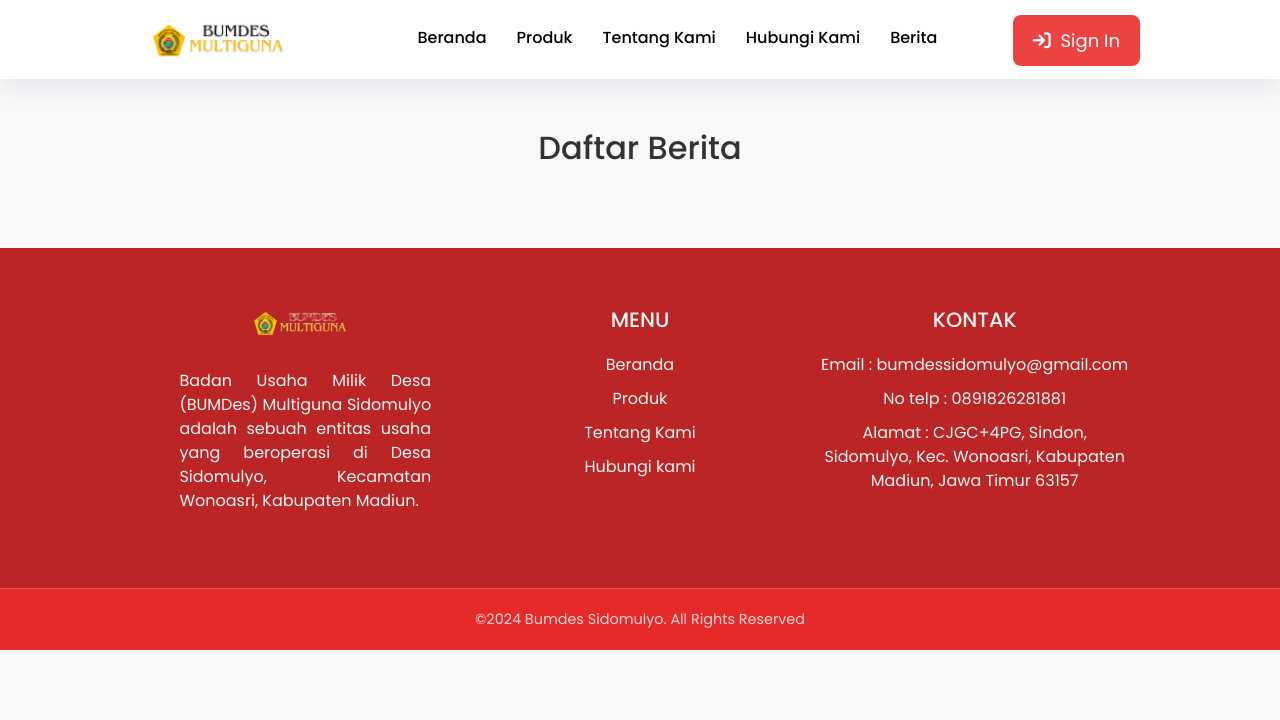
Repository: Sandyskuy/bumdes-user
Page: /newslist
An editor plug-in stored every save of this project. The page is shown before and after the next save, followed by the edit.
The browser window is 1280 px wide. The pictures show the whole page.
The page's requests for data from a server got no answer. Some web libraries are served in a nearby version. The project was rebuilt for these pictures with package versions that can differ from the ones it lists, and the page was loaded fresh each time. No one was signed in, and anything a server would have sent is missing. Also part of the build but not shown: src/components/home/awards/awards.css, src/components/home/awards/Awards.jsx, src/components/common/Heading.jsx, src/components/home/featured/Featured.css, src/components/home/featured/FeaturedCard.jsx, src/components/home/featured/Featured.jsx, src/components/home/hero/hero.css, src/components/home/hero/Hero.jsx and 32 more.

Above is the page before, as saved 2025-03-17 23:08:59.

### public/index.html
<!DOCTYPE html>
<html lang="en">
  <head>
    <meta charset="utf-8" />
    <link rel="icon" href="%PUBLIC_URL%/favicon2.png" />
    <meta name="viewport" content="width=device-width, initial-scale=1" />
    <meta name="theme-color" content="#000000" />
    <meta name="description" content="Web site created using create-react-app" />
    <link rel="apple-touch-icon" href="%PUBLIC_URL%/logo192.png" />
    <link rel="stylesheet" href="https://cdnjs.cloudflare.com/ajax/libs/font-awesome/6.1.1/css/all.min.css" integrity="sha512-KfkfwYDsLkIlwQp6LFnl8zNdLGxu9YAA1QvwINks4PhcElQSvqcyVLLD9aMhXd13uQjoXtEKNosOWaZqXgel0g==" crossorigin="anonymous" referrerpolicy="no-referrer" />
    <link rel="manifest" href="%PUBLIC_URL%/manifest.json" />
    <link href="https://cdn.jsdelivr.net/npm/bootstrap@5.3.0-alpha1/dist/css/bootstrap.min.css" rel="stylesheet">
</head>
    <title>Bumdes Multiguna</title>
  </head>
  <body>
    <noscript>You need to enable JavaScript to run this app.</noscript>
    <div id="root"></div>
  </body>
</html>

### src/components/pages/DefaultLayout.jsx
import React from 'react';
import Header from '../common/header/Header';
import Footer from '../common/footer/Footer';

const DefaultLayout = ({ children }) => {
  return (
    <>
      <Header />
      <main>{children}</main>
      <Footer />
    </>
  );
};

export default DefaultLayout;

### src/components/news/Newslist.jsx
import React, { useEffect, useState } from "react";
import { Link } from "react-router-dom";
import "./Newslist.css";

const NewsList = () => {
  const [berita, setNewsItems] = useState([]);

  useEffect(() => {
    fetch("http://localhost:8000/berita") // Sesuaikan dengan endpoint backend CI4
      .then((response) => response.json())
      .then((data) => setNewsItems(data))
      .catch((error) => console.error("Error fetching news:", error));
  }, []);

  return (
    <section className="news-list">
      <div className="container">
        <h1>Daftar Berita</h1>
        <div className="news-list-container">
          {berita.map((berita) => (
            <div className="newslist-item" key={berita.id}>
            <img src={berita.gambar} alt={berita.judul} />
              <div className="newslist-info">
                <h2>{berita.judul}</h2>
                <Link to={`/berita/${berita.id}`} className="read-more">
                  Baca Selengkapnya →
                </Link>
              </div>
            </div>
          ))}
        </div>
      </div>
    </section>
  );
};

export default NewsList;

### src/components/services/Service.css
@import url("https://fonts.googleapis.com/css2?family=Poppins:wght@400;500;700&display=swap");

body {
  font-family: "Poppins", sans-serif;
}

/* FILTER BAR */
.filter-container {
  display: flex;
  justify-content: center;
  gap: 15px;
  margin-bottom: 50px;
  margin-top: 50px;
  flex-wrap: wrap;
}

.search-input,
.category-select {
  padding: 10px;
  border-radius: 8px;
  border: 1px solid #ccc;
  font-size: 14px;
  height: 40px;
}

.search-input {
  width: 250px;
}

/* GRID PRODUK */
.service {
  display: grid;
  grid-template-columns: repeat(auto-fill, minmax(250px, 1fr));
  gap: 20px;
  justify-content: center;
}

/* CARD PRODUK */
.card {
  background: white;
  border-radius: 12px;
  overflow: hidden;
  box-shadow: 0 4px 10px rgba(0, 0, 0, 0.1);
  transition: all 0.3s ease-in-out;
  text-decoration: none;
  color: inherit;
}

.card:hover {
  transform: translateY(-5px);
  box-shadow: 0 8px 20px rgba(0, 0, 0, 0.15);
}

.card-img-top {
  width: 100%;
  height: 180px;
  object-fit: cover;
  border-top-left-radius: 12px;
  border-top-right-radius: 12px;
}

.card-body {
  padding: 15px;
}

.card-title {
  font-size: 1.1rem;
  font-weight: bold;
}

.category-name {
  font-size: 12px;
  color: white;
  background-color: #007bff;
  padding: 4px 10px;
  border-radius: 12px;
  font-weight: 500;
}

.card-text {
  font-size: 1rem;
  color: #28a745;
  font-weight: bold;
}

/* PAGINATION */
.pagination-container {
  display: flex;
  justify-content: center;
  margin-top: 20px;
}

.pagination {
  display: flex;
  list-style: none;
  padding: 0;
}

.pagination a {
  padding: 10px 15px;
  border-radius: 5px;
  border: 1px solid #ddd;
  color: #333;
  text-decoration: none;
}

.pagination .active a {
  background-color: #007bff;
  color: white;
}

/* Responsive Styles */
@media (max-width: 1024px) {
  .filter-container {
    gap: 10px;
    margin-top: 30px;
  }

  .search-input,
  .category-select {
    width: 200px;
  }

  .service {
    grid-template-columns: repeat(3, 1fr);
  }
}

@media (max-width: 768px) {
  .filter-container {
    flex-direction: column;
    align-items: center;
  }

  .search-input,
  .category-select {
    width: 80%;
    margin-bottom: 15px;
  }

  .service {
    grid-template-columns: repeat(2, 1fr);
  }

  .card {
    width: 100%;
  }

  .card-title {
    font-size: 1rem;
  }

  .card-text {
    font-size: 0.9rem;
  }
}

@media (max-width: 480px) {
  .filter-container {
    flex-direction: column;
    align-items: center;
    gap: 5px;
    margin-top: 20px;
  }

  .service {
    grid-template-columns: 1fr;
  }

  .card {
    width: 100%;
    margin-bottom: 20px;
  }

  .card-title {
    font-size: 0.9rem;
  }

  .card-text {
    font-size: 0.9rem;
  }

  .pagination-container {
    margin-top: 20px;
  }
}

### src/components/services/Servicecard.css
@import url("https://fonts.googleapis.com/css2?family=Poppins:wght@400;500;700&display=swap");

.card {
  width: 100%; /* Ensure the card takes full width of its container */
  max-width: 20rem; /* Limit card width */
  border: none;
  border-radius: 8px;
  overflow: hidden; /* Prevent image overflow */
  box-shadow: 0 4px 8px rgba(0, 0, 0, 0.1);
  transition: transform 0.3s ease, box-shadow 0.3s ease;
  cursor: pointer; /* Change cursor to hand on hover */
}

.card:hover {
  transform: translateY(-5px); /* Lift the card on hover */
  box-shadow: 0 8px 16px rgba(0, 0, 0, 0.2);
}

.card-img-top {
  width: 100%;
  height: 15rem;
  object-fit: cover;
  border-top-left-radius: 8px;
  border-top-right-radius: 8px;
}

.card-body {
  padding: 20px;
}

.card-title {
  font-family: "Poppins", sans-serif;
  font-size: 1.25rem;
  font-weight: bold;
  margin-bottom: 10px;
}

.card-text {
  font-family: "Poppins", sans-serif;
  font-size: 1rem;
  color: #666;
  margin-bottom: 20px;
}

.btn {
  display: block;
  width: 100%;
  background-color: #007bff;
  color: #fff;
  border: none;
  padding: 10px 0;
  border-radius: 0;
  text-align: center;
  text-decoration: none;
  transition: background-color 0.3s ease;
}

.btn:hover {
  background-color: #0056b3;
}

.card-title-container {
  display: flex;
  justify-content: space-between;
  align-items: center;
}

.category-name {
  font-size: 13px;
  font-family: "Poppins", sans-serif;
  color: #000;
  background-color: #ccc;
  border: 1px solid #ccc;
  padding: 2px 8px;
  border-radius: 15px;
}

/* Responsive Grid Layout for Cards */
.card-container {
  display: grid;
  grid-template-columns: repeat(
    auto-fill,
    minmax(18rem, 1fr)
  ); /* Auto-fill columns with a minimum width of 18rem */
  gap: 20px; /* Space between cards */
}

/* For mobile devices (max-width: 768px) */
@media (max-width: 768px) {
  .card-container {
    grid-template-columns: repeat(2, 1fr); /* At least 2 items per row */
  }

  .card-title {
    font-size: 1.1rem; /* Slightly smaller title for mobile */
  }

  .card-text {
    font-size: 0.9rem; /* Smaller text for mobile */
  }
}

/* For smaller mobile screens (max-width: 480px) */
@media (max-width: 480px) {
  .card-container {
    grid-template-columns: 1fr; /* Only 1 item per row on very small screens */
  }

  .card-title {
    font-size: 1rem; /* Further adjust title size */
  }

  .card-text {
    font-size: 0.85rem; /* Adjust text size */
  }
}

### src/components/common/header/Header.jsx
import React, { useEffect, useState, useMemo } from "react";
import { Link, useNavigate } from "react-router-dom";
import { Dropdown } from "react-bootstrap";
import classNames from "classnames";
import "./header.css";
import { nav, navLogined } from "../../data/Data";
import Profile from "../../images/Profile.png";

const Header = () => {
  const [navList, setNavList] = useState(false);
  const [login, setLogin] = useState(() => !!localStorage.getItem("token")); // Perbaikan di sini
  const navigate = useNavigate();

  useEffect(() => {
    const handleStorageChange = () => {
      setLogin(!!localStorage.getItem("token"));
    };

    window.addEventListener("storage", handleStorageChange);
    return () => window.removeEventListener("storage", handleStorageChange);
  }, []);

  const handleLogout = () => {
    localStorage.clear();
    setLogin(false); // Pastikan state diperbarui
    navigate("/login");
  };

  const navItems = useMemo(() => (login ? navLogined : nav), [login]);

  return (
    <header>
      <div className="container flex">
        <div className="logo-bumdes">
          <img src="./images/logo1.png" alt="Logo" />
        </div>
        <nav className="nav">
          <ul className={classNames({ small: navList, flex: !navList })}>
            {navItems.map((list, index) => (
              <li key={index}>
                <Link to={list.path}>{list.text}</Link>
              </li>
            ))}
          </ul>
        </nav>
        <div className="button flex">
          {login ? (
            <Dropdown>
              <Dropdown.Toggle
                variant="light"
                id="dropdown-basic"
                className="profile-dropdown-toggle"
              >
                <img src={Profile} alt="Profile" className="profile-image" />
              </Dropdown.Toggle>
              <Dropdown.Menu align="end">
                <Dropdown.Item as={Link} to="/keranjang">
                  Keranjang
                </Dropdown.Item>
                <Dropdown.Item as={Link} to="/payments">
                  Pembayaran
                </Dropdown.Item>
                <Dropdown.Item as={Link} to="/riwayat">
                  Riwayat
                </Dropdown.Item>
                <Dropdown.Divider />
                <Dropdown.Item onClick={handleLogout}>Logout</Dropdown.Item>
              </Dropdown.Menu>
            </Dropdown>
          ) : (
            <Link to="/login">
              <button className="btn-signin">
                <i className="fa fa-sign-in"></i> Sign In
              </button>
            </Link>
          )}
        </div>
        <div className="toggle">
          <button onClick={() => setNavList((prev) => !prev)}>
            <i className={`fa ${navList ? "fa-times" : "fa-bars"}`}></i>
          </button>
        </div>
      </div>
    </header>
  );
};

export default Header;

### src/components/common/footer/Footer.jsx
import React from "react";
import { footer } from "../../data/Data";
import "./footer.css";

const Footer = () => {
  return (
    <>
      <footer>
        <div className="container">
          <div className="box">
            <div className="logo">
              <img src="../images/logo3.png" alt="" />

              <p>
                Badan Usaha Milik Desa (BUMDes) Multiguna Sidomulyo adalah
                sebuah entitas usaha yang beroperasi di Desa Sidomulyo,
                Kecamatan Wonoasri, Kabupaten Madiun.
              </p>
            </div>
          </div>

          {footer.map((val) => (
            <div className="box" key={val.title}>
              <h3>{val.title}</h3>
              <ul>
                {val.text.map((items, index) => (
                  <li key={index}>{items.list}</li>
                ))}
              </ul>
            </div>
          ))}
        </div>
      </footer>
      <div className="legal">
        <span>©2024 Bumdes Sidomulyo. All Rights Reserved</span>
      </div>
    </>
  );
};

export default Footer;

### src/components/news/Newslist.css
.news-list {
  padding: 50px 20px;
  background: #f9f9f9;
}

.news-list h1 {
  text-align: center;
  margin-bottom: 30px;
  font-size: 2rem;
  color: #333;
}

.news-list-container {
  display: flex;
  flex-direction: column;
  gap: 20px;
  max-width: 800px;
  margin: 0 auto;
}

.newslist-item {
  display: flex;
  align-items: center;
  background: white;
  border-radius: 8px;
  padding: 15px;
  box-shadow: 0px 4px 6px rgba(0, 0, 0, 0.1);
  transition: transform 0.3s ease-in-out;
}

.newslist-item:hover {
  transform: translateY(-5px);
}

.newslist-item img {
  width: 150px;
  height: 100px;
  object-fit: cover;
  border-radius: 8px;
  margin-right: 15px;
}

.newslist-info {
  flex: 1;
}

.newslist-info h2 {
  font-size: 1.5rem;
  color: #333;
  margin-bottom: 5px;
}

.newslist-info p {
  font-size: 1rem;
  color: #666;
  margin-bottom: 10px;
}

.read-more {
  text-decoration: none;
  color: #28a745;
  font-weight: bold;
  transition: 0.3s;
}

.read-more:hover {
  color: #218838;
}

### src/components/home/location/style.css
@import url("https://fonts.googleapis.com/css2?family=Poppins:wght@300;400;600&display=swap");

.about {
  padding: 50px 0;
  background: #f8f9fa;
}

.grid {
  display: grid;
  grid-template-columns: repeat(2, 1fr);
  align-items: center;
  gap: 40px;
}

.about-text p {
  text-align: justify;
  font-size: 16px;
  line-height: 1.6;
  color: #333;
}

.about-title {
  text-align: left;
  margin-bottom: 20px;
}

.about-title h1 {
  font-size: 35px;
  font-weight: 600;
  color: #222;
  margin-bottom: 5px;
}

.about-title p {
  font-size: 16px;
  color: #555;
  margin: 0;
  line-height: 1.5;
}

.btn-visit {
  display: inline-block;
  background: #eb4242;
  color: white;
  padding: 12px 20px;
  border-radius: 8px;
  text-decoration: none;
  font-weight: bold;
  margin-top: 15px;
  transition: 0.3s;
}

.btn-visit:hover {
  background: #0056b3;
}

.about-image img {
  width: 100%;
  border-radius: 12px;
  box-shadow: 0 8px 16px rgba(0, 0, 0, 0.1);
}

/* RESPONSIVE */
@media (max-width: 1024px) {
  .grid {
    grid-template-columns: 1fr; /* Stack content for medium screens */
    gap: 20px;
  }

  .about-text {
    margin: 0;
    text-align: center;
  }

  .about-title h1 {
    font-size: 28px;
  }

  .about-title p {
    font-size: 14px;
  }

  .btn-visit {
    width: 100%;
    text-align: center;
    padding: 12px;
  }

  .about-image img {
    border-radius: 8px;
  }

  /* Rearranging image above text */
  .about-image {
    order: -1; /* Move the image above the text */
  }
}

@media (max-width: 768px) {
  .grid {
    grid-template-columns: 1fr; /* Stack content for small screens */
    text-align: center;
  }

  .about-text {
    margin: auto;
  }

  .about-title h1 {
    font-size: 26px;
  }

  .about-title p {
    font-size: 14px;
  }

  .btn-visit {
    width: fit-content;
    margin: auto;
    padding: 10px 16px;
    font-size: 14px;
  }

  .about-image img {
    border-radius: 8px;
  }

  /* Rearranging image above text */
  .about-image {
    order: -1; /* Move the image above the text */
  }
}

@media (max-width: 480px) {
  .about-title h1 {
    font-size: 24px;
  }

  .about-title p {
    font-size: 12px;
  }

  .about-text p {
    font-size: 14px;
  }

  .btn-visit {
    padding: 10px 15px;
    font-size: 13px;
  }

  /* Rearranging image above text */
  .about-image {
    order: -1; /* Move the image above the text */
  }
}

### src/components/common/header/header.css
header {
  background-color: #fff;
  height: 11vh;
  box-shadow: 0 5px 30px rgb(0 22 84 / 10%);
  padding: 15px 0;
  position: sticky;
  top: 0;
  z-index: 99999;
}

.nav {
  margin-top: 10px; /* Adjust padding as needed */
}

.logo-bumdes {
  display: flex;
  align-items: center;
}

.logo-bumdes img {
  width: 170px; /* Adjust the width of the logo */
  height: auto; /* Maintain the aspect ratio */
  transition: transform 0.3s ease; /* Smooth transition for hover effects */
}

.logo-bumdes img:hover {
  transform: scale(1.05); /* Slightly enlarge the logo on hover */
}

.btn-signin {
  background: #eb4242;
  color: white;
  padding: 12px 20px;
  border-radius: 8px;
  text-decoration: none;
  font-weight: 400;
}

.btn-signin:hover {
  background: #e21f1f;
}

header a {
  margin-left: 30px;
  transition: 0.5s;
  font-weight: 500;
}
header a:hover {
  color: #e21f1f;
}
header span {
  width: auto;
  padding: 0px 6px;
  background: #e21f1f;
  border-radius: 50px;
  color: #ffffff;
  margin-right: 4px;
  font-weight: 400;
}
header h4 {
  font-weight: 500;
  margin-right: 20px;
}
header .toggle {
  display: none;
}

.btn-signout {
  display: inline-flex;
  align-items: center;
  justify-content: center;
  padding: 10px 20px;
  background-color: #e21f1f; /* Primary color */
  color: #fff; /* Text color */
  border: none; /* No border */
  border-radius: 5px; /* Rounded corners */
  font-size: 16px; /* Font size */
  font-weight: 500; /* Font weight */
  text-decoration: none; /* No underline */
  cursor: pointer; /* Pointer cursor on hover */
  transition: background-color 0.3s ease, color 0.3s ease; /* Smooth transition for hover effects */
}

.btn-signout i {
  margin-right: 8px; /* Space between icon and text */
}

.btn-signout:hover {
  background-color: #c81a1a; /* Darker shade for hover effect */
  color: #fff; /* Ensure text color remains white */
}

/* header.css */
.profile-dropdown {
  position: relative;
  display: inline-block;
}

.profile-image {
  width: 40px;
  height: 40px;
  border-radius: 50%;
  cursor: pointer;
}

.profile-dropdown-toggle {
  padding: 0;
  border: none;
  background: none;
}

.profile-dropdown-toggle::after {
  display: none;
}

@media screen and (max-width: 768px) {
  header {
    padding: 0;
  }
  header img {
    margin-top: 30px;
  }
  header .button {
    display: none;
  }
  header .nav .flex {
    display: none;
  }
  header .toggle {
    display: block;
    margin-top: 20px;
  }
  header .small {
    position: absolute;
    top: 10vh;
    left: 0;
    width: 100%;
    background-color: #e21f1f;
    padding: 20px;
  }
  header li a {
    display: inline-block;
    margin-bottom: 20px;
    color: #fff;
  }
}

### src/components/common/footer/footer.css
.footerContact {
  background-color: #27ae60;
  padding: 40px 0;
  color: #fff;
  text-align: center;
}

.footerContact h1 {
  font-size: 35px;
}

footer {
  background-color: #bb2525;
  padding: 60px 0;
  color: #f8f5f5;
}

footer .container {
  display: grid;
  grid-template-columns: repeat(auto-fit, minmax(200px, 1fr));
  grid-gap: 20px;
  padding: 0 20px;
  text-align: center;
}

footer img {
  width: 120px;
  margin-bottom: 15px;
}

footer h2 {
  font-weight: 500;
  font-size: 1.5rem;
}

footer p {
  color: rgb(248, 246, 246);
  margin: 15px auto;
  text-align: justify;
  max-width: 80%;
}

footer h3 {
  font-weight: 500;
  margin-bottom: 20px;
  font-size: 1.3rem;
}

footer ul {
  padding: 0;
  list-style: none;
}

footer ul li {
  color: rgb(247, 246, 246);
  margin-bottom: 10px;
  font-size: 1rem;
}

.subscribe-button {
  background-color: #1e21d3;
  color: #fff;
  border: none;
  padding: 10px 16px;
  border-radius: 5px;
  cursor: pointer;
  font-size: 1rem;
}

.subscribe-button:hover {
  background-color: #f38a8a;
}

.legal {
  text-align: center;
  padding: 20px;
  background: #e62a2a;
  color: rgba(255, 255, 255, 0.8);
  font-size: 0.9rem;
  border-top: 1px solid rgba(255, 255, 255, 0.2);
}

/* RESPONSIVE DESIGN */
@media screen and (max-width: 1024px) {
  footer .container {
    grid-template-columns: repeat(2, 1fr);
  }

  footer p {
    max-width: 90%;
  }
}

@media screen and (max-width: 768px) {
  footer .container {
    grid-template-columns: 1fr;
    text-align: center;
  }

  footer img {
    width: 100px;
  }

  footer p {
    max-width: 100%;
    text-align: center;
  }
}

@media screen and (max-width: 480px) {
  footer h2 {
    font-size: 1.3rem;
  }

  footer h3 {
    font-size: 1.1rem;
  }

  .subscribe-button {
    font-size: 0.9rem;
    padding: 8px 14px;
  }

  .legal {
    font-size: 0.8rem;
  }
}

Loaded but not shown: src/index.js (common file); src/App.js (common file); src/App.css (common file); src/components/contact/contact.css (common file); src/components/data/Data.js (383 lines, source omitted); src/components/home/recomended/bestselling.css (186 lines, source omitted); src/components/pages/Pages.jsx (150 lines, source omitted)

After the next save:
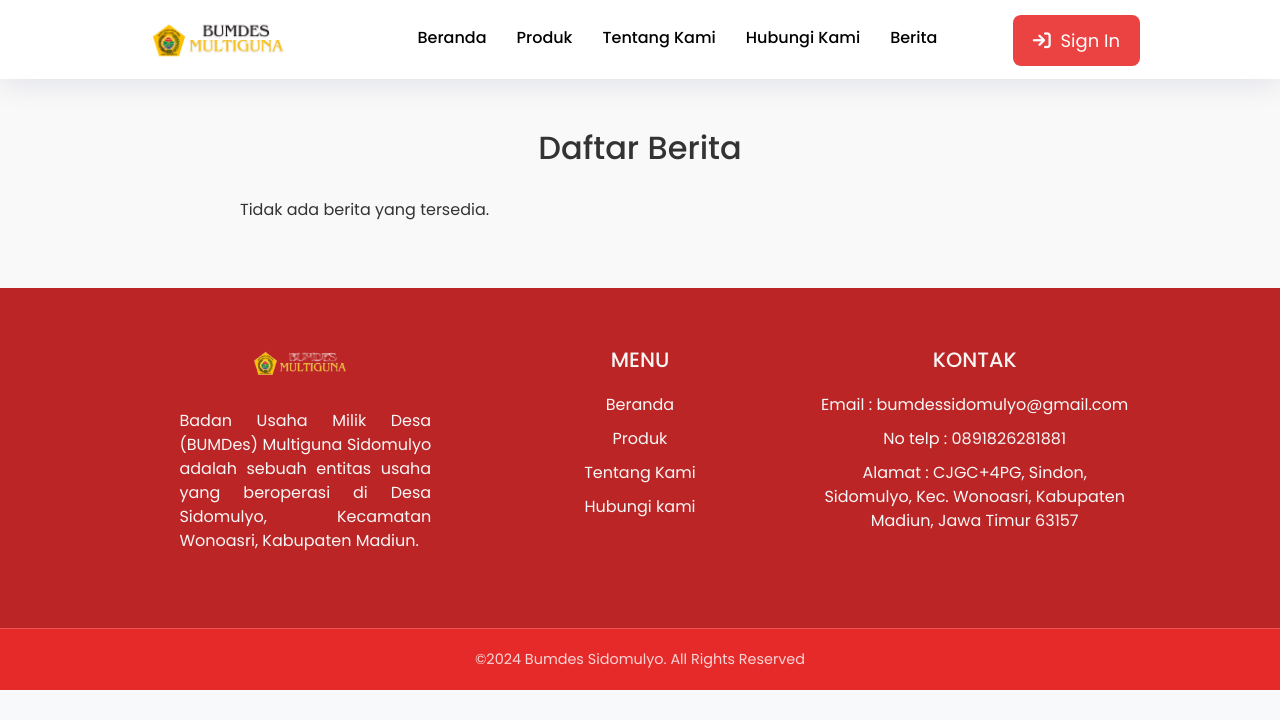
Saved 2 min 14 s later.
--- a/src/components/news/Newslist.jsx
+++ b/src/components/news/Newslist.jsx
@@ -1,33 +1,49 @@
-import React, { useEffect, useState } from "react";
+import React, { useEffect, useState, useCallback } from "react";
+import axios from "axios";
 import { Link } from "react-router-dom";
 import "./Newslist.css";
 
 const NewsList = () => {
   const [berita, setNewsItems] = useState([]);
 
+  // Fetch berita dari API dengan axios
+  const fetchNews = useCallback(async () => {
+    try {
+      const response = await axios.get("http://localhost:8000/berita"); // Sesuaikan URL jika perlu
+      setNewsItems(response.data);
+    } catch (error) {
+      console.error("Error fetching news:", error);
+    }
+  }, []);
+
   useEffect(() => {
-    fetch("http://localhost:8000/berita") // Sesuaikan dengan endpoint backend CI4
-      .then((response) => response.json())
-      .then((data) => setNewsItems(data))
-      .catch((error) => console.error("Error fetching news:", error));
-  }, []);
+    fetchNews();
+  }, [fetchNews]);
 
   return (
     <section className="news-list">
       <div className="container">
         <h1>Daftar Berita</h1>
         <div className="news-list-container">
-          {berita.map((berita) => (
-            <div className="newslist-item" key={berita.id}>
-            <img src={berita.gambar} alt={berita.judul} />
-              <div className="newslist-info">
-                <h2>{berita.judul}</h2>
-                <Link to={`/berita/${berita.id}`} className="read-more">
-                  Baca Selengkapnya →
-                </Link>
+          {berita.length > 0 ? (
+            berita.map((item) => (
+              <div className="newslist-item" key={item.id}>
+                <img
+                  src={item.gambar ? `http://localhost:8000/uploads/${item.gambar}` : "/default-news.png"}
+                  alt={item.judul}
+                  onError={(e) => (e.target.src = "/default-news.png")} // Fallback jika gambar tidak ditemukan
+                />
+                <div className="newslist-info">
+                  <h2>{item.judul}</h2>
+                  <Link to={`/berita/${item.id}`} className="read-more">
+                    Baca Selengkapnya →
+                  </Link>
+                </div>
               </div>
-            </div>
-          ))}
+            ))
+          ) : (
+            <p>Tidak ada berita yang tersedia.</p>
+          )}
         </div>
       </div>
     </section>
